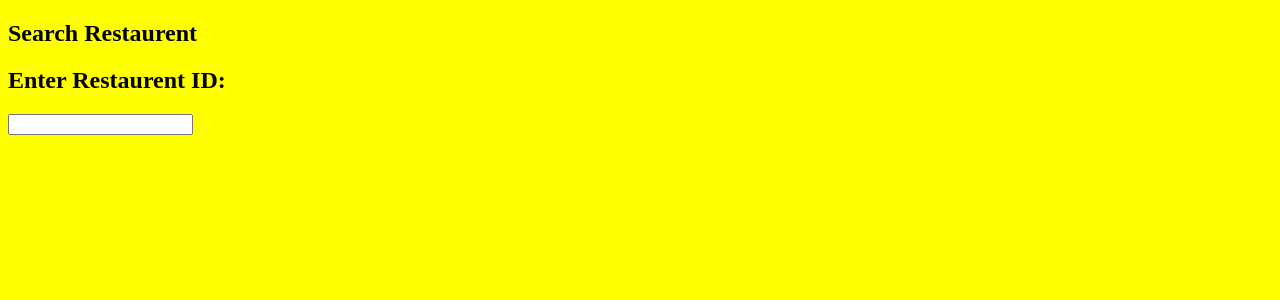
Repository: AkshayBorate/webJava
Page: web_projectservlet/src/main/webapp/search_restaurant.html
An editor plug-in stored every save of this project. The page is shown before and after the next save, followed by the edit.
The browser window is 1280 px wide. The pictures show the whole page.

Above is the page before, as saved 2024-11-28 10:14:24.

### web_projectservlet/src/main/webapp/search_restaurant.html
<!DOCTYPE html>
<html>

<body bgcolor="yellow">
<h2>Search Restaurent</h2>
<form action="search" method="post">
<h2>Enter Restaurent ID:</h2>
<input type="text"  name="r_id"/>
</form>
</body>
</html>

After the next save:
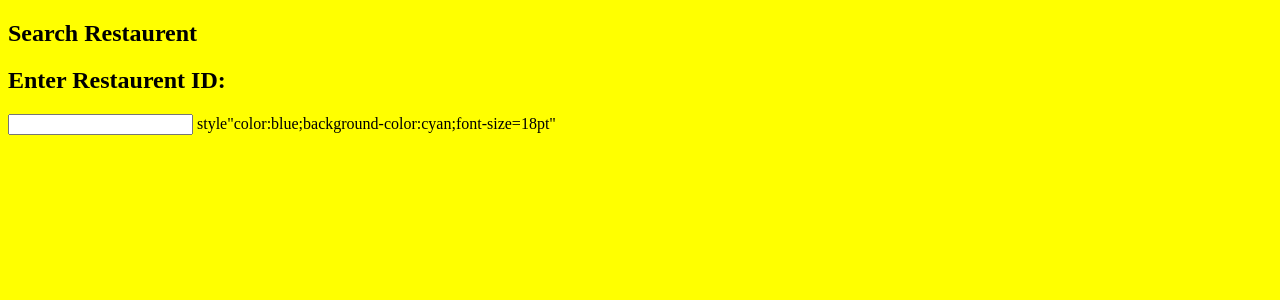
Saved 48 s later.
--- a/web_projectservlet/src/main/webapp/search_restaurant.html
+++ b/web_projectservlet/src/main/webapp/search_restaurant.html
@@ -6,6 +6,7 @@
 <form action="search" method="post">
 <h2>Enter Restaurent ID:</h2>
 <input type="text"  name="r_id"/>
+style"color:blue;background-color:cyan;font-size=18pt"
 </form>
 </body>
 </html>

After the save that followed:
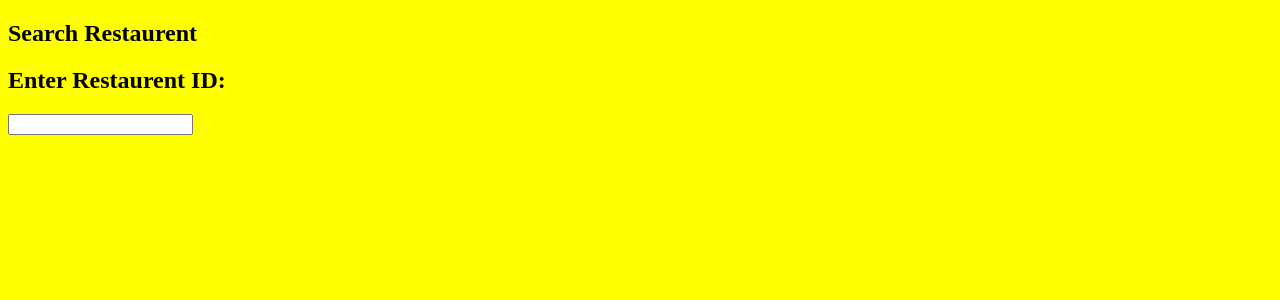
Saved 9 s later.
--- a/web_projectservlet/src/main/webapp/search_restaurant.html
+++ b/web_projectservlet/src/main/webapp/search_restaurant.html
@@ -5,8 +5,8 @@
 <h2>Search Restaurent</h2>
 <form action="search" method="post">
 <h2>Enter Restaurent ID:</h2>
-<input type="text"  name="r_id"/>
-style"color:blue;background-color:cyan;font-size=18pt"
+<input type="text"  name="r_id"
+style"color:blue;background-color:cyan;font-size=18pt"/>
 </form>
 </body>
 </html>
